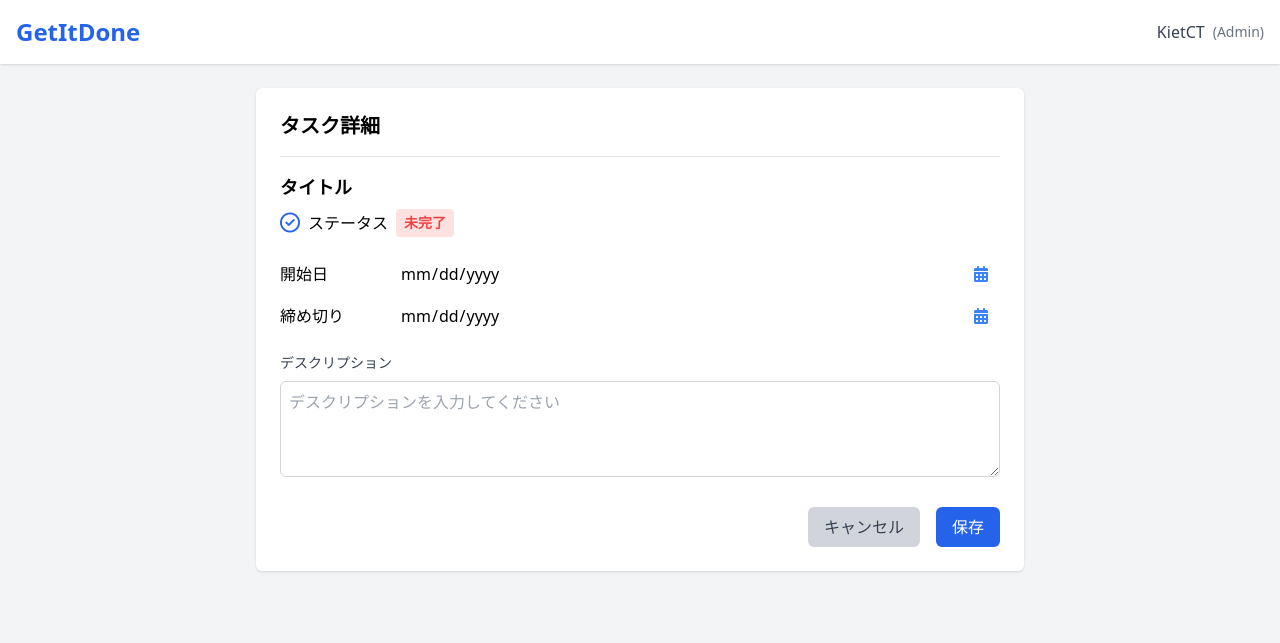
Repository: TuanAnhNguyen723/todolist
Page: detail/detail.html
An editor plug-in stored every save of this project. The page is shown before and after the next save, followed by the edit.
The browser window is 1280 px wide. The pictures show the whole page.
Some web libraries are served in a nearby version.

Above is the page before, as saved 2024-09-24 22:55:32.

After the next save:
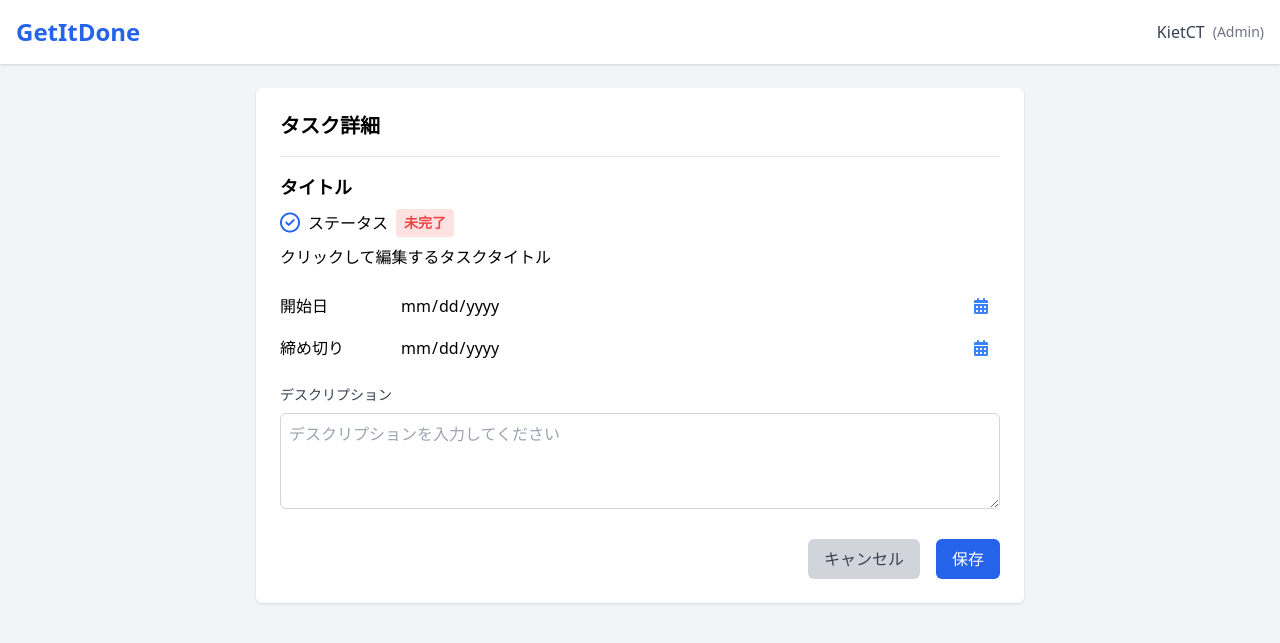
Saved 11 h 38 min later.
--- a/detail/detail.html
+++ b/detail/detail.html
@@ -35,6 +35,11 @@
         pointer-events: none; /* Không ảnh hưởng khi click */
         color: #3b82f6;
       }
+
+      /* Ẩn input mặc định */
+      #titleInput {
+        display: none;
+      }
     </style>
   </head>
   <body class="bg-gray-100 font-sans">
@@ -67,6 +72,18 @@
               >未完了</span
             >
           </div>
+
+          <!-- Chỉnh sửa tiêu đề -->
+          <div class="mt-2">
+            <span id="titleText" ondblclick="editTitle()">クリックして編集するタスクタイトル</span>
+            <input
+              type="text"
+              id="titleInput"
+              class="border border-gray-300 rounded-md p-2"
+              value="クリックして編集するタスクタイトル"
+              onblur="saveTitle()"
+            />
+          </div>
         </div>
 
         <!-- Dates -->
@@ -94,7 +111,6 @@
                 id="endDateInput"
                 required=""
               />
-
               <i class="fas fa-calendar-alt"></i>
             </div>
           </div>
@@ -123,5 +139,21 @@
         </div>
       </div>
     </div>
+
+    <script>
+      function editTitle() {
+        document.getElementById("titleText").style.display = "none";
+        document.getElementById("titleInput").style.display = "inline-block";
+        document.getElementById("titleInput").focus();
+      }
+
+      function saveTitle() {
+        const input = document.getElementById("titleInput");
+        const text = document.getElementById("titleText");
+        text.textContent = input.value;
+        input.style.display = "none";
+        text.style.display = "inline";
+      }
+    </script>
   </body>
 </html>
